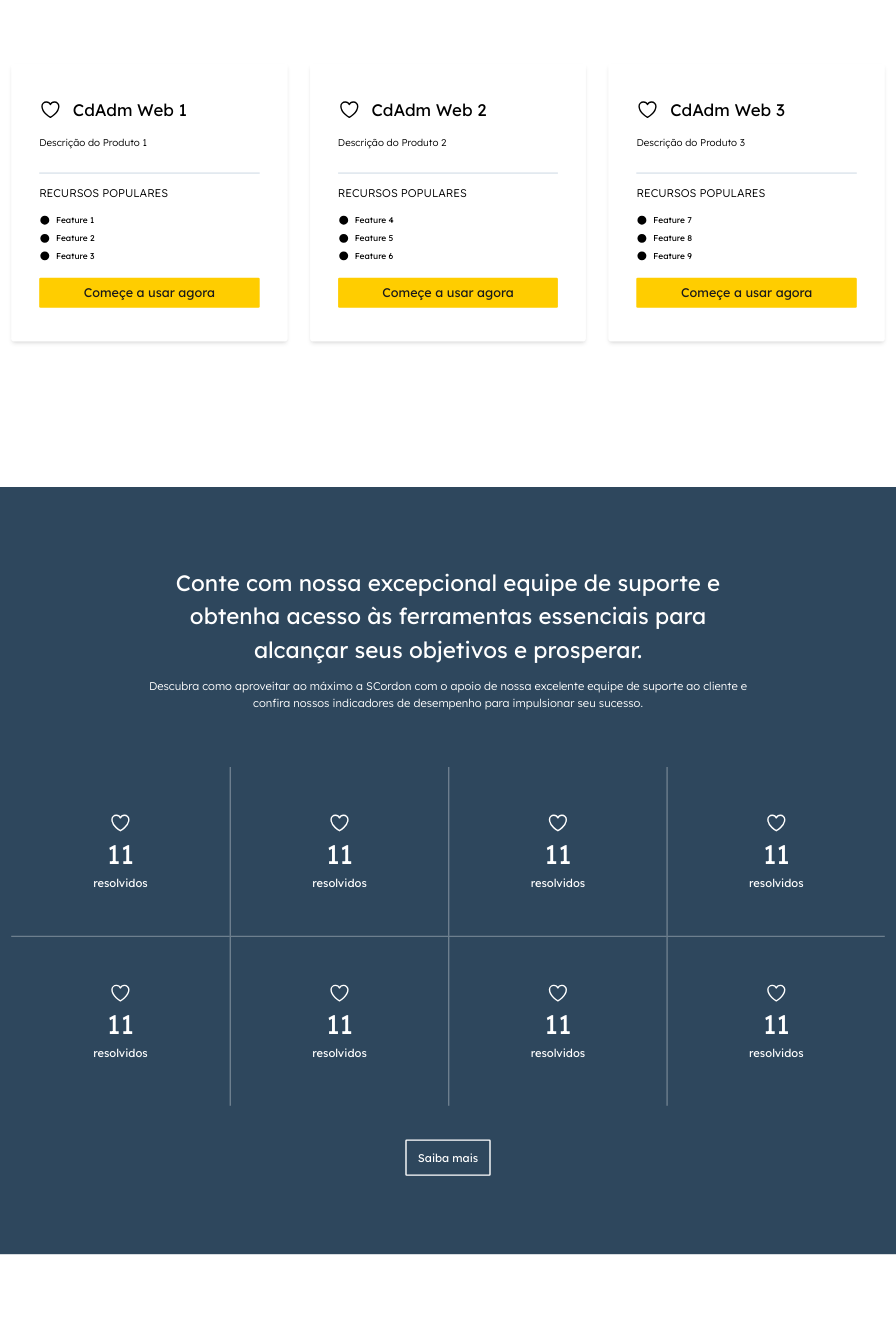
Repository: VereAbsolutum/site-institucional
Page: /
These files come from the project's save history. The page is drawn as it stood at one moment and after the next save; the edit follows.
The browser window is 1280 px wide. The pictures show the part of the page from y = 1004 to 2924 px (the page is 2924 px tall), at 70% of full size.
The project was rebuilt for these pictures with package versions that can differ from the ones it lists, and the page was loaded fresh each time. Also part of the build but not shown: vite.config.ts, src/presentation/components/buttons/button-base.tsx, src/presentation/components/buttons/button-border-primary.tsx, src/presentation/components/buttons/button-primary.tsx, src/presentation/components/typography/heading3.tsx, src/presentation/pages/not-found/notFound.tsx.

Above is the page before, as saved 2023-04-15 23:49:25.

After the next save:
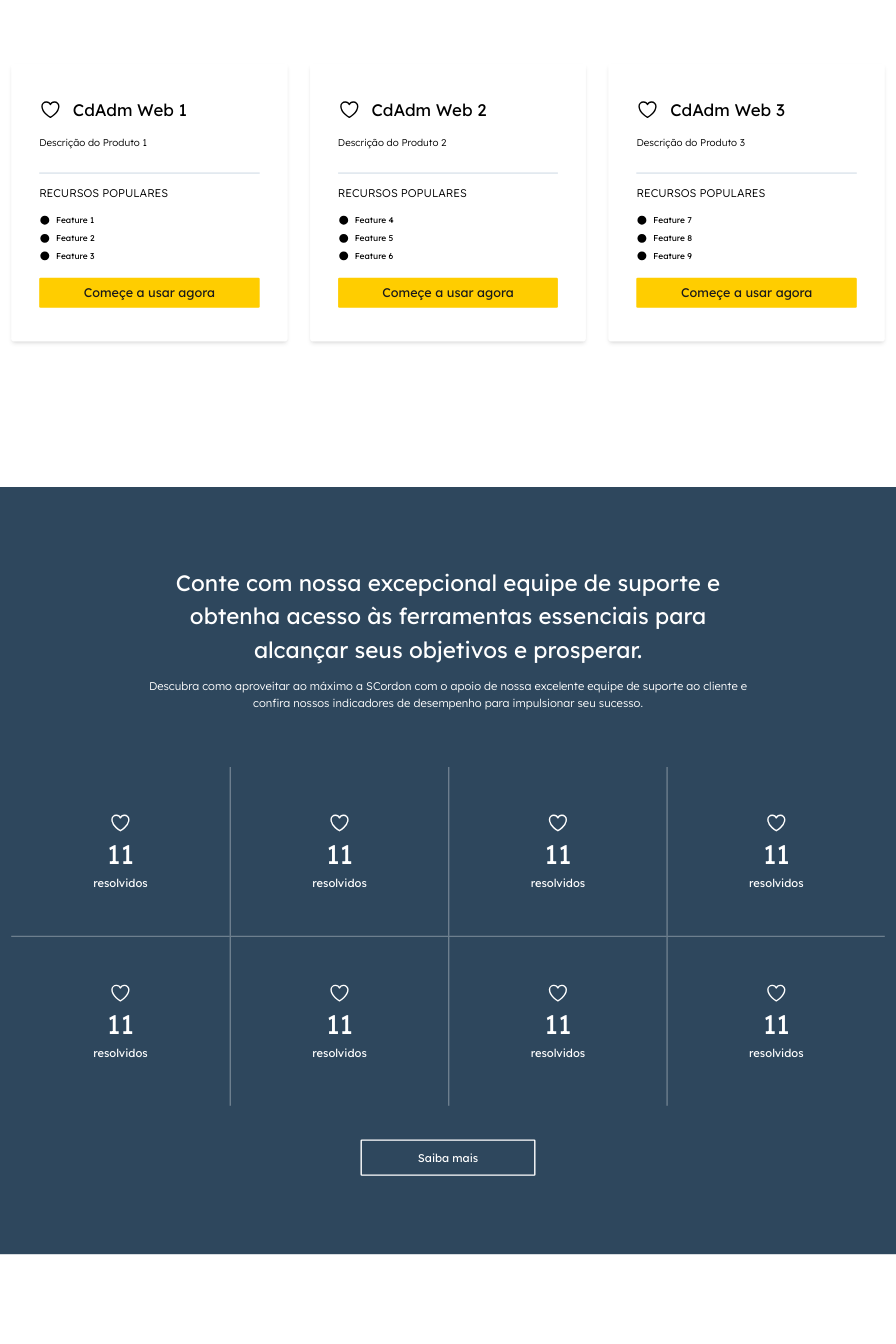
Saved 46 s later.
--- a/src/presentation/components/links/link-border-white.tsx
+++ b/src/presentation/components/links/link-border-white.tsx
@@ -4,7 +4,7 @@
 import { LinkBaseProps } from './link-base';
 
 const linkBorderWhite: React.FC<LinkBaseProps> = ({ className, ...rest }) => {
-    const baseClasses = 'px-4 py-1 text-white hover:bg-white-40 border-2 border-white bg-transparent border border-blue-500 text-blue-500 hover:bg-blue-500';
+    const baseClasses = 'py-1 text-white hover:bg-white-40 border-2 border-white bg-transparent border border-blue-500 text-blue-500 hover:bg-blue-500';
 
     return <LinkBase className={`${baseClasses} ${className}`} {...rest} />;
 };
